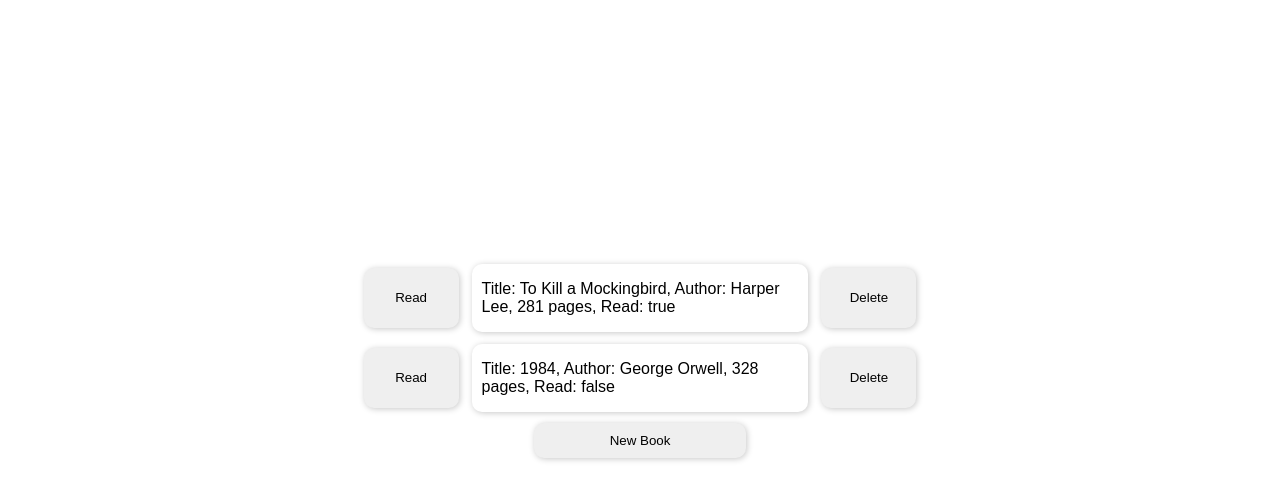
Repository: kocokoy/library
Page: index.html
The author's editor kept a copy of each file at every save. The page is drawn from the files as they stood at one save, then again after the next save.
The browser window is 1280 px wide. The pictures show the whole page.

Above is the page before, as saved 2024-11-06 10:52:27.

After the next save:
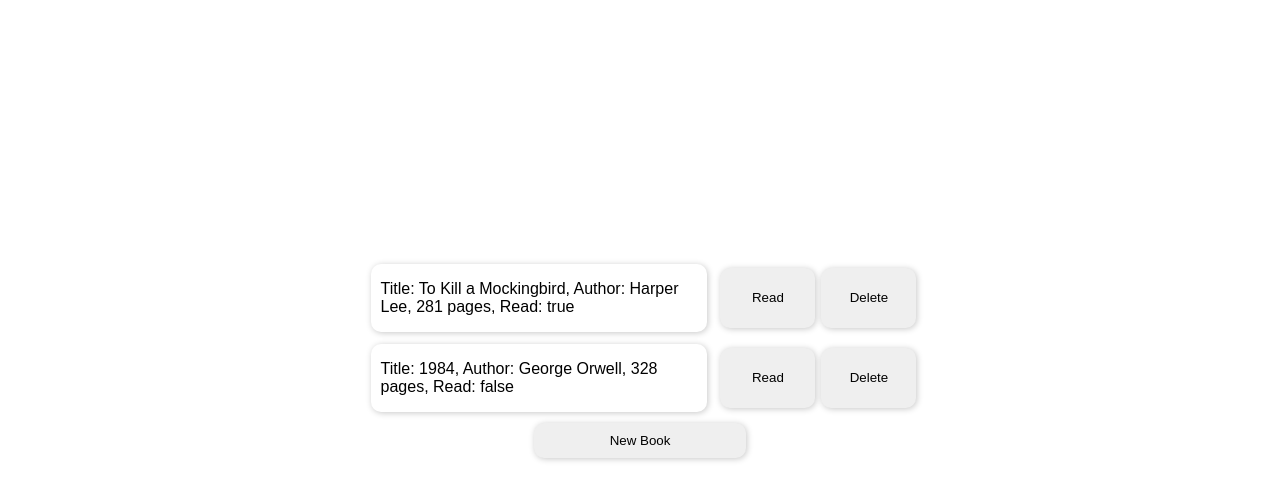
Saved 10 s later.
--- a/script.js
+++ b/script.js
@@ -58,8 +58,9 @@
     div.classList.add('book-card');
     div.setAttribute('data-id',i);
     div.innerHTML = `
+
+      <div>Title: ${book.title}, Author: ${book.author}, ${book.pages} pages, Read: ${book.read}</div>
       <button>Read</button>
-      <div>Title: ${book.title}, Author: ${book.author}, ${book.pages} pages, Read: ${book.read}</div>
       <button>Delete</button>
     `
     div.ins

After the save that followed:
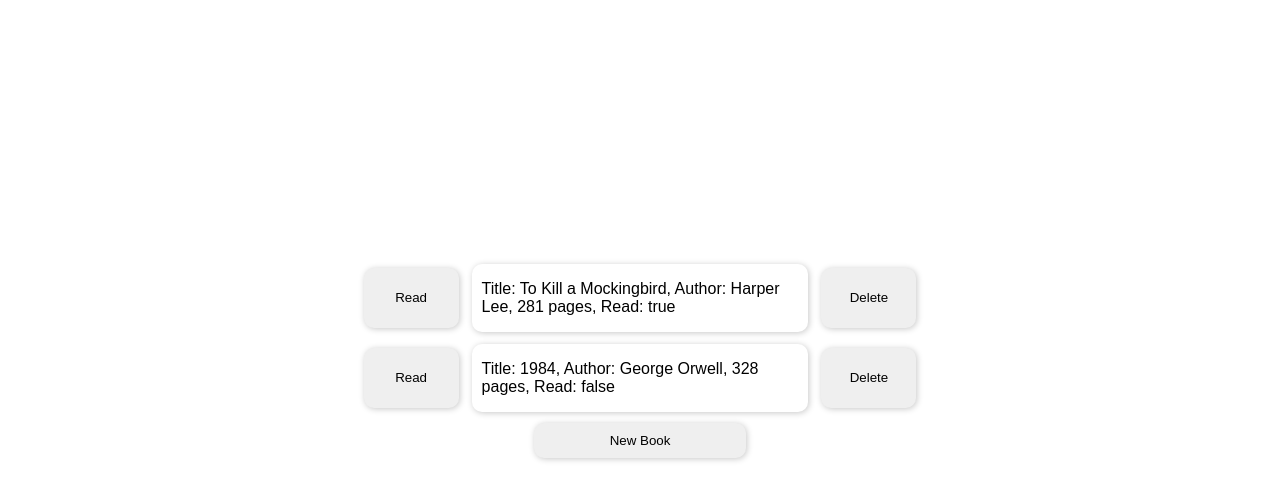
Saved 4 s later.
--- a/script.js
+++ b/script.js
@@ -58,9 +58,8 @@
     div.classList.add('book-card');
     div.setAttribute('data-id',i);
     div.innerHTML = `
-
+      <button>Read</button>
       <div>Title: ${book.title}, Author: ${book.author}, ${book.pages} pages, Read: ${book.read}</div>
-      <button>Read</button>
       <button>Delete</button>
     `
     div.ins
